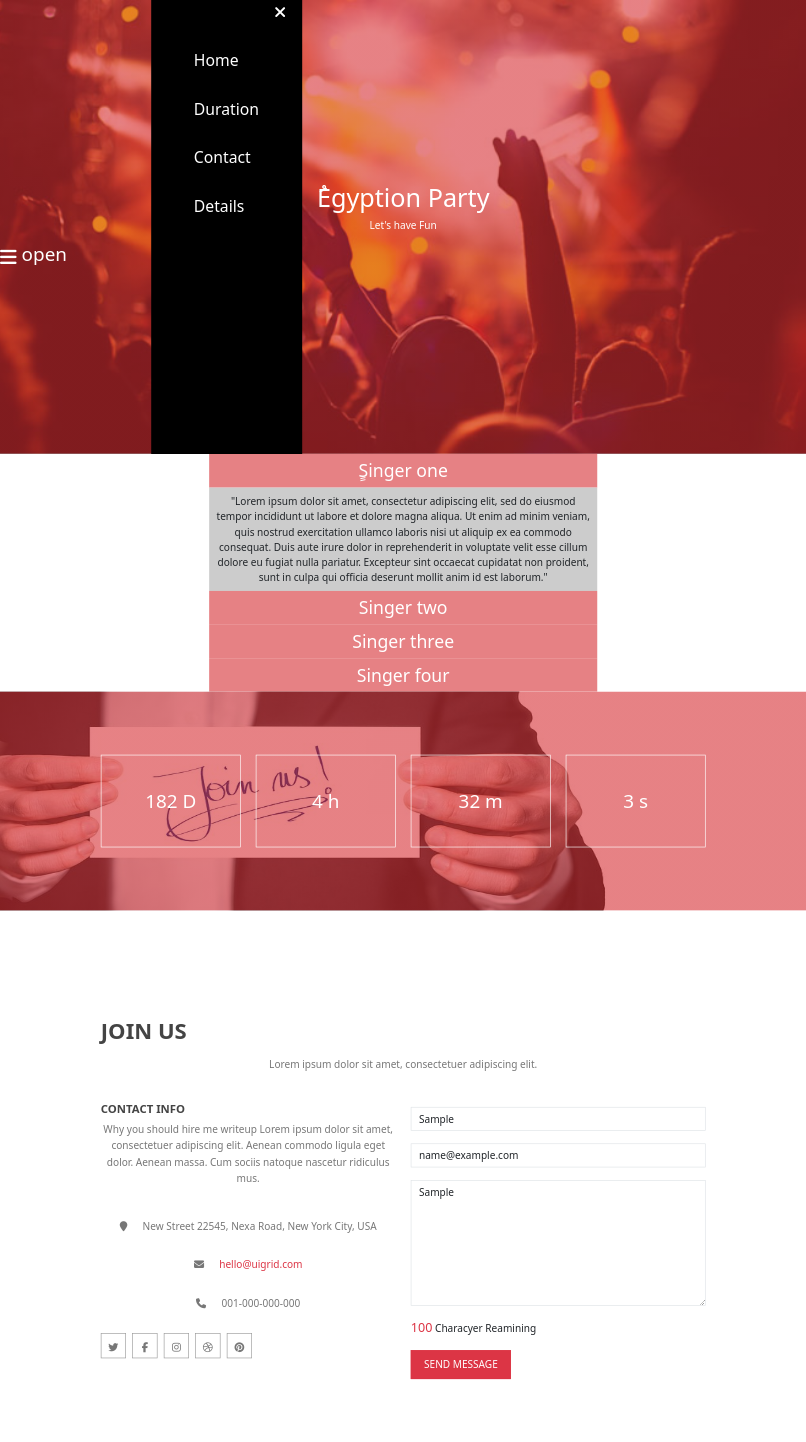
Repository: HagarYousry/jQuery
Page: index.html
An editor plug-in stored every save of this project. The page is shown before and after the next save, followed by the edit.
The browser window is 1280 px wide. The pictures show the whole page, at 63% of full size.
Empty fields were first filled with sample values (such as "Sample", 5 or name@example.com).
After loading, the first visible `span.navIcon` was clicked once.

Above is the page before, as saved 2024-07-25 20:07:18.

### index.html
<!DOCTYPE html>
<html lang="en">

<head>
    <meta charset="UTF-8">
    <meta name="viewport" content="width=device-width, initial-scale=1.0">
    <title>Egyption party</title>
    <!-- web fonts  -->
    <link rel="stylesheet" href="css/all.min.css">
    <!-- bootstrap -->
    <link rel="stylesheet" href="css/bootstrap.min.css">
    <!-- main css -->
    <link rel="stylesheet" href="css/main.css">
</head>

<body>
    <!--start home  -->
    <section id="home">
        <div id="sideNav" class="bg-black p-5">
            <a class="p-0 closeIcon">
                <i class="fa-solid fa-xmark "></i>
            </a>
            <a class="sideNav-link mt-2" href="#home">Home</a>
            <a class="sideNav-link" href="#Acordion">Duration</a>
            <a class="sideNav-link" href="#contact">Contact</a>
            <a class="sideNav-link" href="#count">Details</a>
        </div>

        <div class="home-title d-flex justify-content-center align-items-center flex-column vh-100 text-white">
            <h1>ُEgyption Party</h1>
            <p>Let's have Fun</p>
            <span class="navIcon align-self-start d-flex align-items-center">
                <i class="fa-solid fa-bars"></i>
                <h4 class="ms-2">open</h4>
            </span>
        </div>
    </section>
    <!-- start Acordion section  -->
    <section id="Acordion" class="text-center">

        <div class="container w-50 ">
            <h3 class="toggle">ٍSinger one</h3>
            <div class="inner first">"Lorem ipsum dolor sit amet, consectetur adipiscing elit, sed do eiusmod tempor
                incididunt ut labore et dolore magna aliqua. Ut enim ad minim veniam, quis nostrud exercitation ullamco
                laboris nisi ut aliquip ex ea commodo consequat. Duis aute irure dolor in reprehenderit in voluptate
                velit
                esse cillum dolore eu fugiat nulla pariatur. Excepteur sint occaecat cupidatat non proident, sunt in
                culpa
                qui officia deserunt mollit anim id est laborum."
            </div>


            <h3 class="toggle">Singer two</h3>
            <div class="inner">"Sed ut perspiciatis unde omnis iste natus error sit voluptatem accusantium doloremque
                laudantium, totam rem aperiam, eaque ipsa quae ab illo inventore veritatis et quasi architecto beatae
                vitae
                dicta sunt explicabo. Nemo enim ipsam voluptatem quia voluptas sit aspernatur aut odit aut fugit, sed
                quia
                consequuntur magni dolores eos qui ratione voluptatem sequi nesciunt. Neque porro quisquam est, qui
                dolorem
                ipsum quia dolor sit amet, consectetur, adipisci velit, sed quia non numquam eius modi tempora incidunt
                ut
                labore et dolore magnam aliquam quaerat voluptatem. Ut enim ad minima veniam, quis nostrum
                exercitationem
                ullam corporis suscipit laboriosam, nisi ut aliquid ex ea commodi consequatur? Quis autem vel eum iure
                reprehenderit qui in ea voluptate velit esse quam nihil molestiae consequatur, vel illum qui dolorem eum
                fugiat quo voluptas nulla pariatur?"
            </div>


            <h3 class="toggle">Singer three</h3>
            <div class="inner">"But I must explain to you how all this mistaken idea of denouncing pleasure and praising
                pain was born and I will give you a complete account of the system, and expound the actual teachings of
                the
                great explorer of the truth, the master-builder of human happiness. No one rejects, dislikes, or avoids
                pleasure itself, because it is pleasure, but because those who do not know how to pursue pleasure
                rationally
                encounter consequences that are extremely painful. Nor again is there anyone who loves or pursues or
                desires
                to obtain pain of itself, because it is pain, but because occasionally circumstances occur in which toil
                and
                pain can procure him some great pleasure. To take a trivial example, which of us ever undertakes
                laborious
                physical exercise, except to obtain some advantage from it? But who has any right to find fault with a
                man
                who chooses to enjoy a pleasure that has no annoying consequences, or one who avoids a pain that
                produces no
                resultant pleasure?"
            </div>


            <h3 class="toggle">Singer four</h3>
            <div class="inner">"At vero eos et accusamus et iusto odio dignissimos ducimus qui blanditiis praesentium
                voluptatum deleniti atque corrupti quos dolores et quas molestias excepturi sint occaecati cupiditate
                non
                provident, similique sunt in culpa qui officia deserunt mollitia animi, id est laborum et dolorum fuga.
                Et
                harum quidem rerum facilis est et expedita distinctio. Nam libero tempore, cum soluta nobis est eligendi
                optio cumque nihil impedit quo minus id quod maxime placeat facere possimus, omnis voluptas assumenda
                est,
                omnis dolor repellendus. Temporibus autem quibusdam et aut officiis debitis aut rerum necessitatibus
                saepe
                eveniet ut et voluptates repudiandae sint et molestiae non recusandae. Itaque earum rerum hic tenetur a
                sapiente delectus, ut aut reiciendis voluptatibus maiores alias consequatur aut perferendis doloribus
                asperiores repellat."

            </div>

        </div>
    </section>
    <!-- end Acordion section  -->

    <!-- start count section  -->
    <section id="count">
        <div class="container-fluid w-75 text-center text-white">
            <div class="row">
                <div class="col-md-3">
                    <div class="time">
                        <span class="days">00</span>
                    </div>
                </div>

                <div class="col-md-3">
                    <div class="time">
                        <span class="hours">00</span>
                    </div>
                </div>

                <div class="col-md-3">
                    <div class="time">
                        <span class="minutes">00</span>
                    </div>
                </div>

                <div class="col-md-3">
                    <div class="time">
                        <span class="seconds">00</span>
                    </div>
                </div>

            </div>
        </div>
    </section>
    <!-- end count section  -->

    <!-- start contact-us section  -->
    <section id="contact">
        <div class="container-fluid w-75">
            <div class="head">
                <h2 class="text-uppercase fw-bold">Join Us</h2>
                <p class="text-center">Lorem ipsum dolor sit amet, consectetuer adipiscing elit.</p>
            </div>
            <div class="row mt-5">
                <div class="col-md-6">
                    <div class="col-info">
                        <h3 class="text-uppercase">CONTACT INFO</h3>
                        <p class="text-center">Why you should hire me writeup Lorem ipsum dolor sit amet, consectetuer
                            adipiscing elit.
                            Aenean commodo ligula eget dolor. Aenean massa. Cum sociis natoque nascetur ridiculus mus.
                        </p>

                        <div class="icons text-center">
                            <p><i class="fa fa-map-marker"></i> New Street 22545, Nexa Road, New York City, USA</p>

                            <p class="text-danger"><i class="fa fa-envelope"></i> hello@uigrid.com</p>
                            <p><i class="fa fa-phone"></i> 001-000-000-000</p>
                        </div>

                        <div class="social d-flex align-items-center">

                            <i class="fab fa-twitter fa-fw"></i>
                            <i class="fab fa-facebook-f fa-fw"></i>
                            <i class="fab fa-instagram fa-fw"></i>
                            <i class="fab fa-dribbble fa-fw"></i>
                            <i class="fab fa-pinterest fa-fw"></i>

                        </div>
                    </div>
                </div>

                <div class="col-md-6">
                    <form>

                        <input class="form-control mt-2" type="text" placeholder="Enter Name">
                        <input class="form-control" type="email" placeholder="Enter Email">
                        <textarea class="form-control " placeholder="Enter Message"></textarea>
                        <span id="chars" class="text-danger">100</span> Characyer Reamining
                        <button class="btn btn-danger text-uppercase">Send Message</button>

                    </form>
                </div>
            </div>
        </div>
    </section>
    <!-- end contact-us section  -->


    <!-- jquery  -->
    <script src="js/jquery-3.7.1.min.js"></script>
    <!-- index js  -->
    <script src="js/index.js"></script>


</body>

</html>

### css/main.css
#home{
    height: 100vh;
    background-image: linear-gradient(rgba(214, 46, 51, 0.6), rgba(214, 46, 51, 0.6)),
        url(../imgs/events-heavenly-header.jpg);
    background-position: center;
    background-size: cover;
    background-repeat: no-repeat;
}

#sideNav {
    position: fixed;
    top: 0;
    bottom: 0;
    left: 0;
    display: flex;
    flex-direction: column;
    z-index: 9999;
}

#sideNav a{
    padding: 20px;
    text-decoration: none;
    font-size: 25px;
    color: #818181;
    display: block;
    color: white;
    transition: 0.3s;
}

.closeIcon {
    position: absolute;
    top: 0;
    right: 25px;
    font-size: 26px;
    margin-left: 50px;
    color: white;
    padding-bottom: 10px;
    transition: 0.3s;
    cursor: pointer;
}

#sideNav a:hover {
    color: rgba(214, 46, 51, 0.4);
}

.navIcon i,
.navIcon h4 {
    font-size: 30px;
    cursor: pointer;
}

/* #sideNav {
    position: fixed;
    top: 0;
    bottom: 0;
    left: 0;
    display: flex;
    z-index: 9999;
}

#sideNav .navAnchor {
    padding: 40px 0 0 0;
    position: relative;
}

#sideNav .navAnchor ul {
    padding: 0 20px 0 20px;
}

#sideNav .navAnchor ul li {
    padding: 25px;
    list-style: none;
    cursor: pointer;
}

#sideNav .navAnchor ul li:hover a {
    color: rgba(214, 46, 51, 0.4);
}

#sideNav .navAnchor ul li a {
    text-decoration: none;
    font-size: 25px;
    color: white;
    transition: 0.3s all;
}


.closeIcon {
    position: absolute;
    top: 0;
    right: 25px;
    font-size: 26px;
    margin-left: 50px;
    color: white;
}

.navIcon {
    border-radius: 20px 20px;
}

.navIcon i,
.navIcon h4 {
    font-size: 30px;
    cursor: pointer;
}

@media (max-width: 991.98px) {
    .navIcon {
        align-self: flex-start !important;
    }

    .navIcon .navIcon-content {
        flex-direction: column;
    }
}


header {
    height: 100vh;
    background-image: linear-gradient(rgba(214, 46, 51, 0.6), rgba(214, 46, 51, 0.6)),
        url(../imgs/events-heavenly-header.jpg);
    background-position: center;
    background-size: cover;
    background-repeat: no-repeat;
}

header h1 {
    font-size: 60px;
} */



/* start Acordion section  */
#Acordion {
    padding: 100px auto;
}

.toggle {
    background-color: rgba(214, 46, 51, 0.6);
    cursor: pointer;
    color: white;
    padding: 10px;
    margin: 0px;
}

.inner {
    background-color: rgb(204, 204, 204);
    display: none;
    padding: 10px;
}

#Acordion .first {
    display: block;
}

/* end Acordion section  */

/* start count section  */

#count {
    background-image: linear-gradient(rgba(214, 46, 51, 0.6), rgba(214, 46, 51, 0.6)), url(../imgs/invitation-2508607__340.jpg);
    background-repeat: no-repeat;
    background-position: center center;
    background-size: 100% 100%;
    position: relative;
}

.container-fluid {
    padding: 100px 0px;
}

.time {
    padding: 50px;
    border: 1px solid #FFF;
    font-weight: 500;
    font-size: 30px;
}

/* end count section  */

/* start contact-us section  */
#contact {
    margin-top: 70px;
}

#contact .head h2 {
    font-size: 35px;
    color: #444;
    margin-bottom: 20px;
}

#contact .head p {
    color: #777;
    font-weight: 300;
    font-size: 16px;
}

#contact .col-md-6 .col-info .icons {
    margin-top: 50px;
}

#contact .col-md-6 .col-info .icons p {
    margin-bottom: 35px;
}

#contact .col-md-6 .col-info h3 {
    color: #444;
    font-size: 18px;
    font-weight: 900;
}

#contact .col-md-6 .col-info p {
    font-size: 16px;
    line-height: 26px;
    color: #777;
}

#contact i {
    margin-right: 20px;
    color: #777;
}

#contact .col-md-6 .col-info .social i {
    margin-right: 10px;
    border: 1px solid #999;
    width: 40px;
    height: 40px;
    line-height: 42px;
    cursor: pointer;
    text-align: center;
    transition: 0.5s all;
}

#contact .col-md-6 .col-info .social i:hover {
    color: #fff;
    background-color: #D62E33;
    border: 1px solid #D62E33;
}

#contact .col-md-6 form input,
#contact .col-md-6 form textarea {
    margin-bottom: 20px;
    border-radius: 0;
}

#contact .col-md-6 form textarea {
    height: 200px;
    resize: vertical;
}

#contact .col-md-6 form button {
    padding: 10px 20px;
    border-radius: 0;
    margin-top: 20px;
    display: block;
}

#contact .col-md-6 form #chars {
    font-size: 20px;
}
/* end contact-us section  */

### js/index.js
/// <reference types="../@types/jquery"/>

// start sideNav section

const sideNavwidth = $('#sideNav').outerWidth(true);
console.log(sideNavwidth);

// console.log(navAnchorwidth);

//! first: Close sideNav
$('#sideNav')
    .animate({ left: -sideNavwidth }, 0);

//! second: on click "navIcon" ,toggle open & close sideNav
$('.navIcon')
    .on('click', function () {
            // $('.home-title').animate({ marginLeft: sideNavwidth }, 1000)

        $('#sideNav')
            .animate({ left: sideNavwidth  }, 1000)

    })

//! closeIcon
$('.closeIcon')
    .on('click', function () {
        $('#sideNav')
            .animate({ left: -sideNavwidth }, 1000);
        $('.home-content').animate({ marginLeft: 0 }, 1000)
    })


//! scroll to sections
$('.sideNav-link[href^="#"]')
    .on('click', function () {
        const sectionId = $(this).attr('href');
        // console.log(section);
        //! get section top
        const sectionTop = $(sectionId).offset().top;
        // console.log(top);
        $('html , body')
            .animate({ scrollTop: sectionTop }, 2000)
    })

// end sideNav section

// start Acordion section
//! slideToggle effect
$('#Acordion .toggle').on('click', function () {
    //! slide up all inner except the one i clicked on
    $('.inner').not($(this).next()).slideUp(500);
    //! slide toggle
    $(this).next().slideToggle(500);
});
// end Acordion section

//start count section
$(window).on('load', function () {
    countDownTime("24 january 2025 00:00:00");
})


function countDownTime(countTo) {

    //! get countTo date
    let futureDate = new Date(countTo);
    futureDate = (futureDate.getTime() / 1000);
    // console.log(futureDate);

    //! get current date
    let now = new Date();
    // console.log(now);
    now = (now.getTime() / 1000);

    //! get the difference between current date and countTo date by sec
    timeDifference = (futureDate - now);

    //?(24 * 60 * 60) ==> num. of sec in day ==> 86400
    let days = Math.floor(timeDifference / 86400);
    let hours = Math.floor((timeDifference - (days * 86400)) / 3600);
    let mins = Math.floor((timeDifference - (days * 86400) - (hours * 3600)) / 60);
    let secs = Math.floor((timeDifference - (days * 86400) - (hours * 3600) - (mins * 60)))


    $(".days").html(`${days} D`);
    $(".hours").html(`${hours} h`);
    $(".minutes").html(`${mins} m`);
    $('.seconds').html(`${secs} s`)

    //! Repeating the Countdown Every Second
    setInterval(function () {
        countDownTime(countTo);
    }, 1000);
}
//end count section

//start contact-us section
let maxLength = 100;
$('textarea').on('keyup', function () {
    //! val as getter ==> lenght
    let length = $(this).val().length;
    // console.log(length);
    let AmountLeft = maxLength - length;
    console.log(AmountLeft);
    if (AmountLeft <= 0) {
        $("#chars").text("your available characters finished");
    }
    else {
        $("#chars").text(AmountLeft);
    }
});
//end contact-us section

Loaded but not shown: css/all.min.css (library); css/bootstrap.min.css (library); js/jquery-3.7.1.min.js (library)

After the next save:
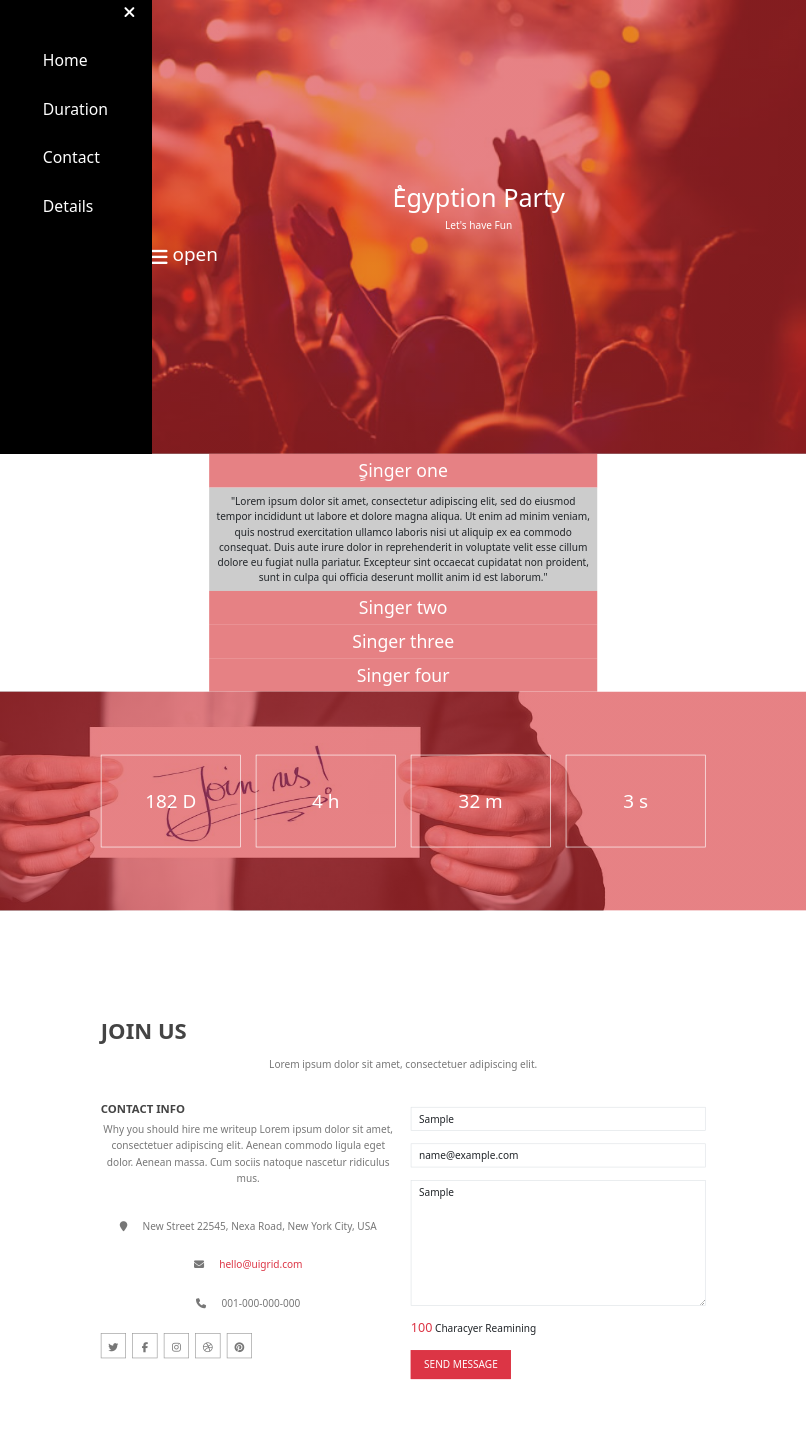
Saved 49 s later.
--- a/js/index.js
+++ b/js/index.js
@@ -11,19 +11,30 @@ console.log(sideNavwidth);
 $('#sideNav')
     .animate({ left: -sideNavwidth }, 0);
 
+let isOpen = false
+
 //! second: on click "navIcon" ,toggle open & close sideNav
 $('.navIcon')
     .on('click', function () {
-            // $('.home-title').animate({ marginLeft: sideNavwidth }, 1000)
+        let status;
+        if (isOpen) {
+            status = -sideNavwidth
+            $('.home-title').animate({ marginLeft: 0 }, 1000)
+        } else {
+            status = 0
+            $('.home-title').animate({ marginLeft: sideNavwidth }, 1000)
+        }
+        isOpen = !isOpen;
 
         $('#sideNav')
-            .animate({ left: sideNavwidth  }, 1000)
+            .animate({ left: status }, 1000)
 
     })
 
 //! closeIcon
 $('.closeIcon')
     .on('click', function () {
+        isOpen = !isOpen;
         $('#sideNav')
             .animate({ left: -sideNavwidth }, 1000);
         $('.home-content').animate({ marginLeft: 0 }, 1000)
